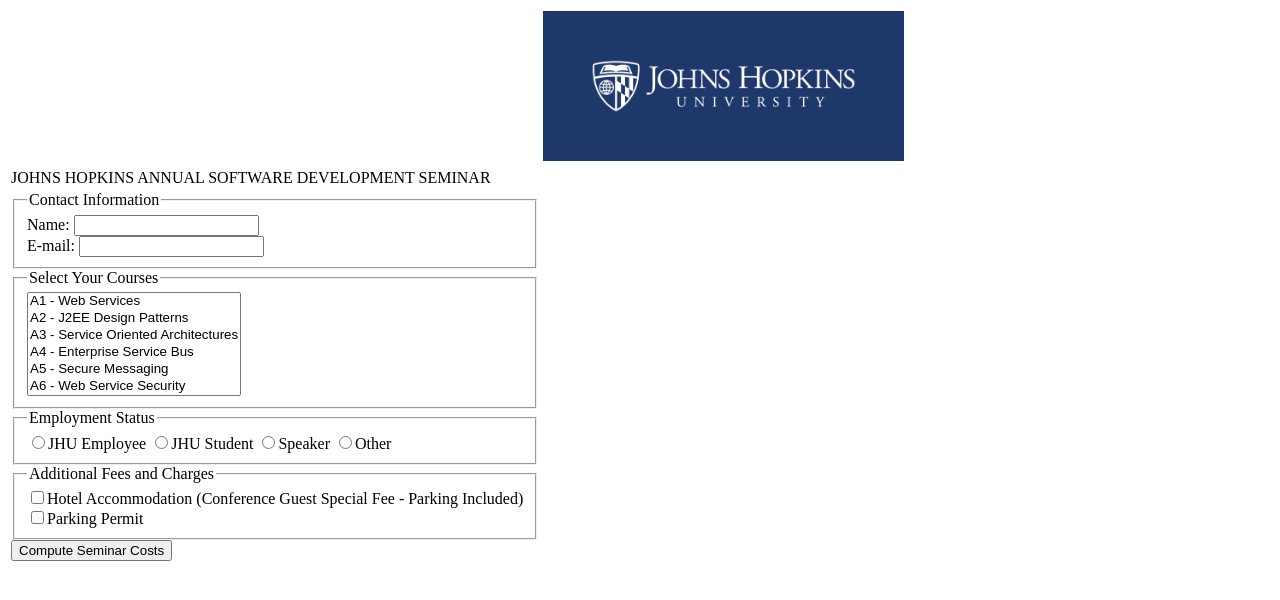
Repository: justinjwk/eclipse-workspace
Page: Homework2/WebContent/index.html
An editor plug-in stored every save of this project. The page is shown before and after the next save, followed by the edit.
The browser window is 1280 px wide. The pictures show the whole page.

Above is the page before, as saved 2019-06-12 02:47:24.

After the next save:
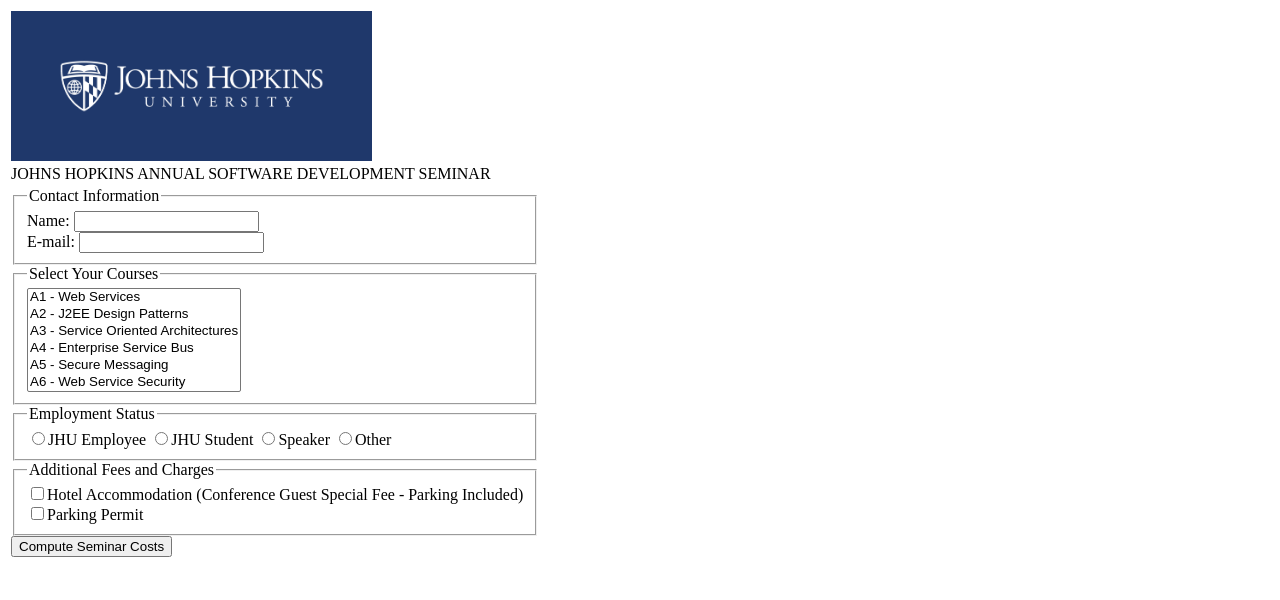
Saved 7 s later.
--- a/Homework2/WebContent/index.html
+++ b/Homework2/WebContent/index.html
@@ -7,9 +7,9 @@
 <body>
 
 	<table>
-		<th>
-			<td><img src="jhu_logo.png" height=150></td>
-		</th>
+		<tr>
+			<td><img src="jhu_logo.png" height=150 align="center"></td>
+		</tr>
 		<tr>
 			<td>JOHNS HOPKINS ANNUAL SOFTWARE DEVELOPMENT SEMINAR</td>
 		</tr>
